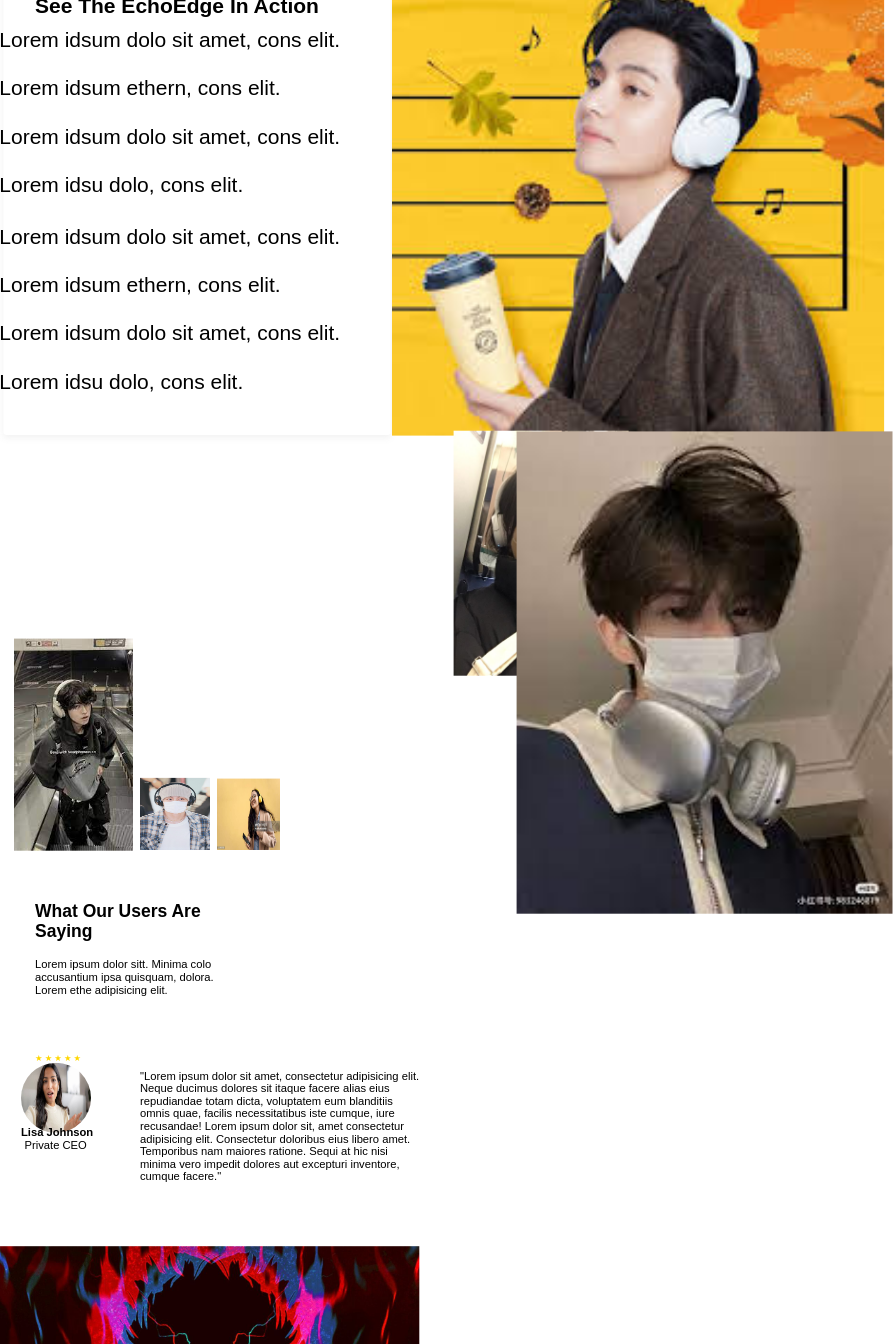
Repository: Femi007-gh/headphones
Page: index.html
The author's editor kept a copy of each file at every save. The page is drawn from the files as they stood at one save, then again after the next save.
The browser window is 1280 px wide. The pictures show the part of the page from y = 3996 to 5916 px (the page is 6375 px tall), at 70% of full size.

Above is the page before, as saved 2025-03-03 09:34:21.

After the next save:
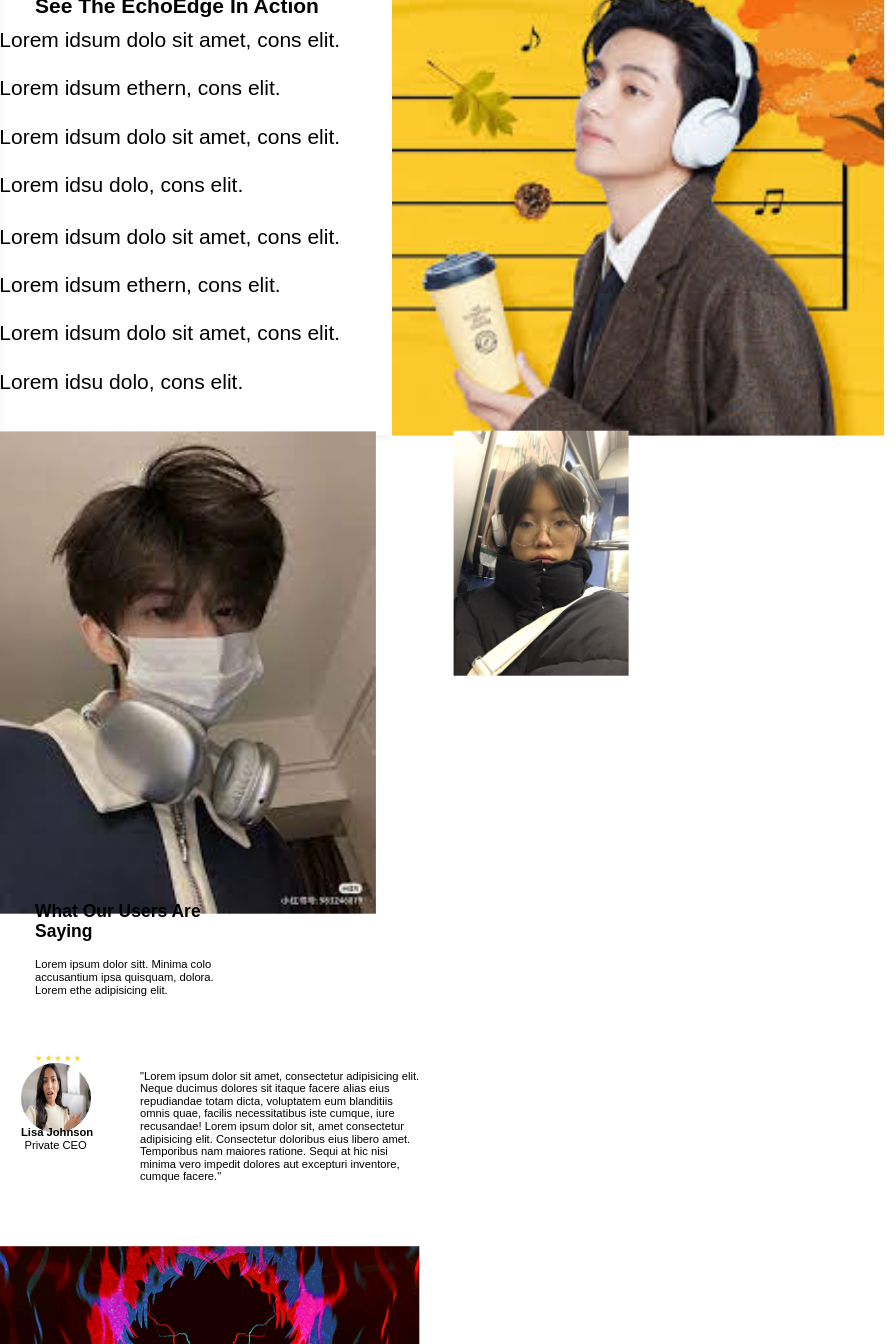
Saved 58 s later.
--- a/style.css
+++ b/style.css
@@ -396,7 +396,7 @@
   width: 537px;
   height: 689;
   margin-top: -647px;
-  margin-left: 738px;
+  margin-left: 738 px;
   }
 
   .para4{

After the save that followed:
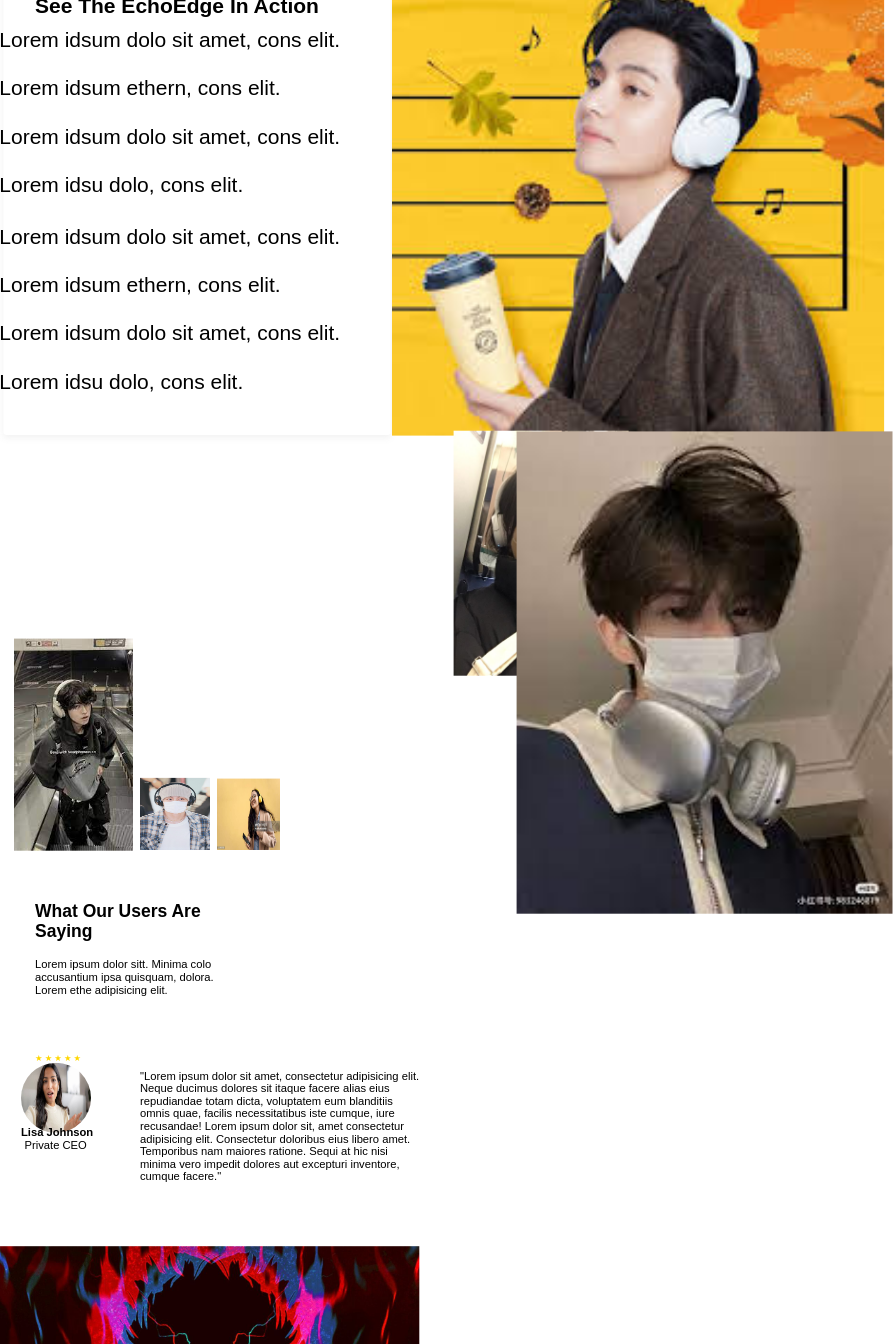
Saved 5 s later.
--- a/style.css
+++ b/style.css
@@ -396,7 +396,7 @@
   width: 537px;
   height: 689;
   margin-top: -647px;
-  margin-left: 738 px;
+  margin-left: 738px;
   }
 
   .para4{
